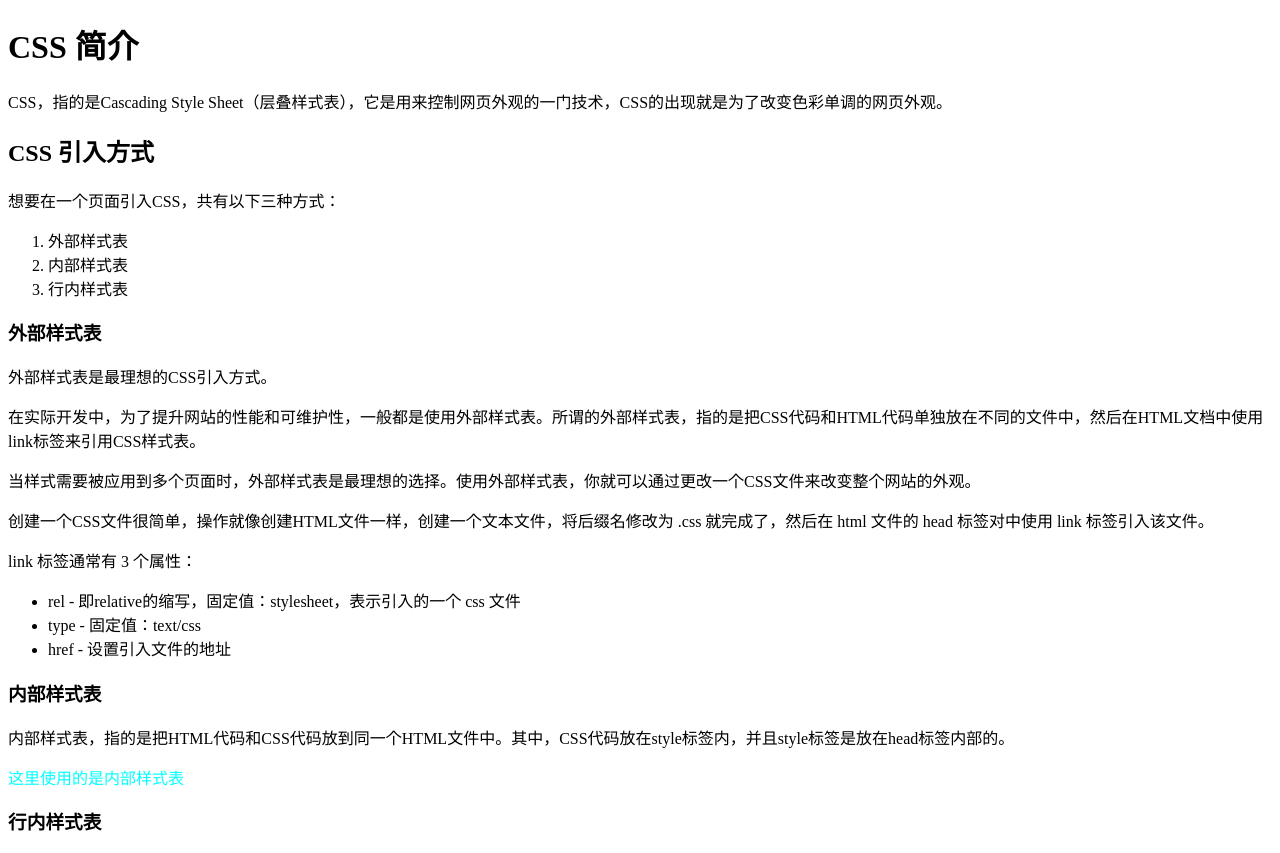
Repository: liang-n/front-end-basics
Page: 11-CSS简介.html
An editor plug-in stored every save of this project. The page is shown before and after the next save, followed by the edit.
The browser window is 1280 px wide. The pictures show the whole page.

Above is the page before, as saved 2022-05-15 22:50:06.

### 11-CSS简介.html
<!DOCTYPE html>

<head>
    <meta charset="UTF-8">
    <title>11-CSS简介</title>

    <!--link 标签引用外部 css 文件示例-->
    <link rel="stylesheet" type="text/css" href="css/11-css.css">

    <!--style 标签示例-->
    <style type="text/css">
        div {
            color: aqua
        }
    </style>
</head>

<body>
    <h1>CSS 简介</h1>

    <p>CSS，指的是Cascading Style Sheet（层叠样式表），它是用来控制网页外观的一门技术，CSS的出现就是为了改变色彩单调的网页外观。</p>

    <h2>CSS 引入方式</h2>

    <p>想要在一个页面引入CSS，共有以下三种方式：</p>
    <ol>
        <li>外部样式表</li>
        <li>内部样式表</li>
        <li>行内样式表</li>
    </ol>

    <h3>外部样式表</h3>

    <p>外部样式表是最理想的CSS引入方式。</p>
    <p>在实际开发中，为了提升网站的性能和可维护性，一般都是使用外部样式表。所谓的外部样式表，指的是把CSS代码和HTML代码单独放在不同的文件中，然后在HTML文档中使用link标签来引用CSS样式表。</p>
    <p>当样式需要被应用到多个页面时，外部样式表是最理想的选择。使用外部样式表，你就可以通过更改一个CSS文件来改变整个网站的外观。</p>
    <p>创建一个CSS文件很简单，操作就像创建HTML文件一样，创建一个文本文件，将后缀名修改为 .css 就完成了，然后在 html 文件的 head 标签对中使用 link 标签引入该文件。</p>
    <p>link 标签通常有 3 个属性：</p>
    <ul>
        <li>rel - 即relative的缩写，固定值：stylesheet，表示引入的一个 css 文件</li>
        <li>type - 固定值：text/css</li>
        <li>href - 设置引入文件的地址</li>
    </ul>
    <!--link 标签引用文件的示例在 head 标签中-->

    <h3>内部样式表</h3>

    <p>内部样式表，指的是把HTML代码和CSS代码放到同一个HTML文件中。其中，CSS代码放在style标签内，并且style标签是放在head标签内部的。</p>
    <!--style 标签的示例在 head 标签中-->
    <div>这里使用的是内部样式表</div>

    <h3>行内样式表</h3>


</body>

</html>

Loaded but not shown: css/11-css.css (no stored copy; drawn as an empty file)

After the next save:
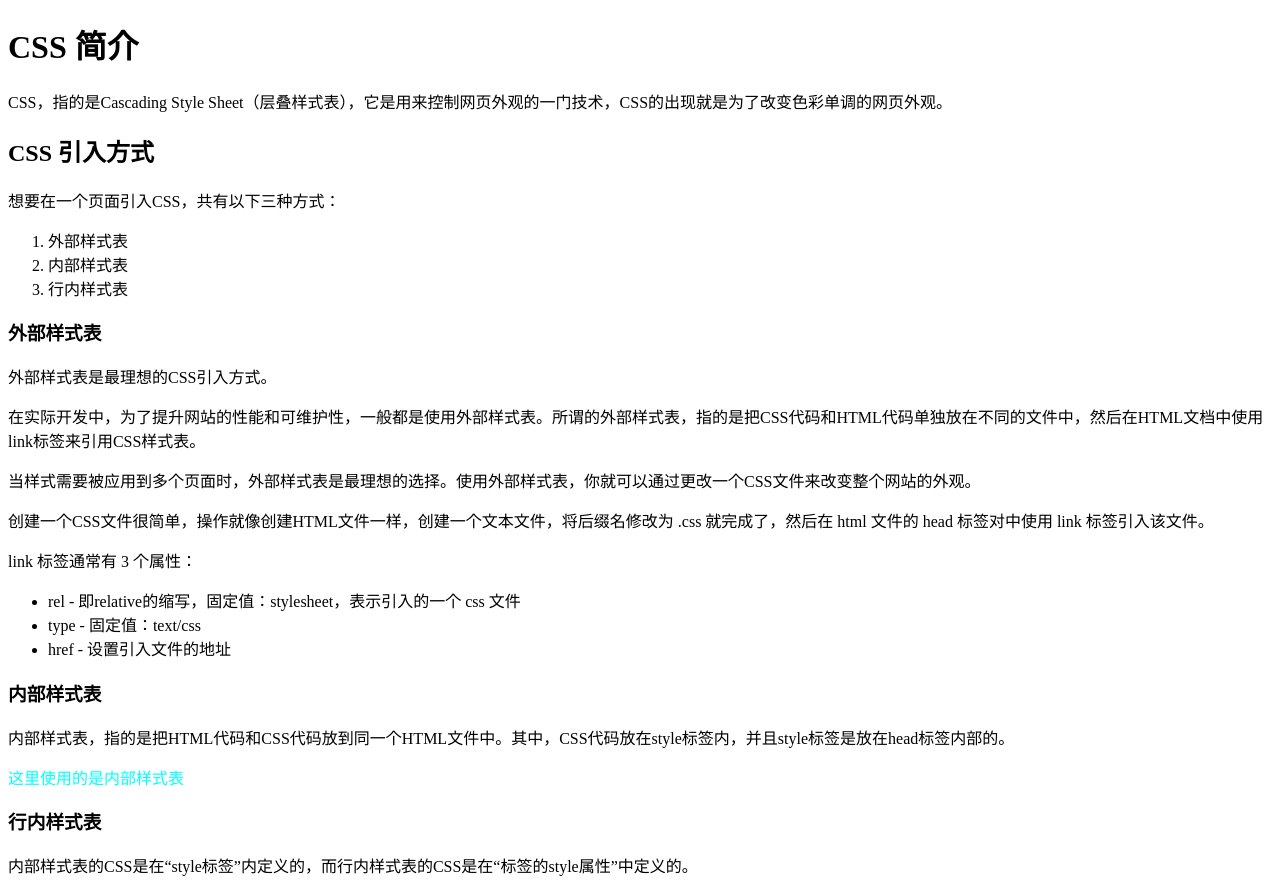
Saved 33 s later.
--- a/11-CSS简介.html
+++ b/11-CSS简介.html
@@ -51,7 +51,7 @@
 
     <h3>行内样式表</h3>
 
-
+    <p>内部样式表的CSS是在“style标签”内定义的，而行内样式表的CSS是在“标签的style属性”中定义的。</p>
 </body>
 
 </html>
